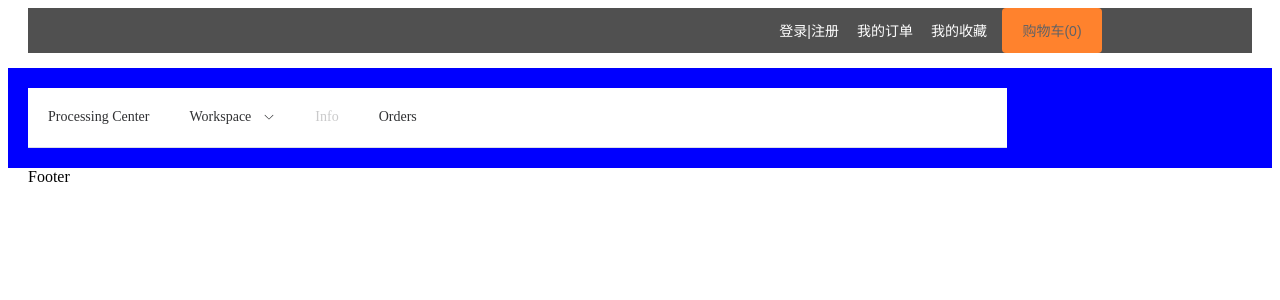
Repository: zhenghaochang/---
Page: / (app in xiaomi/)
These files come from the project's save history. The page is drawn as it stood at one moment and after the next save; the edit follows.
The browser window is 1280 px wide. The pictures show the whole page.
The project was rebuilt for these pictures with package versions that can differ from the ones it lists, and the page was loaded fresh each time. Also part of the build but not shown: xiaomi/vite.config.js.

Above is the page before, as saved 2025-07-31 09:57:36.

After the next save:
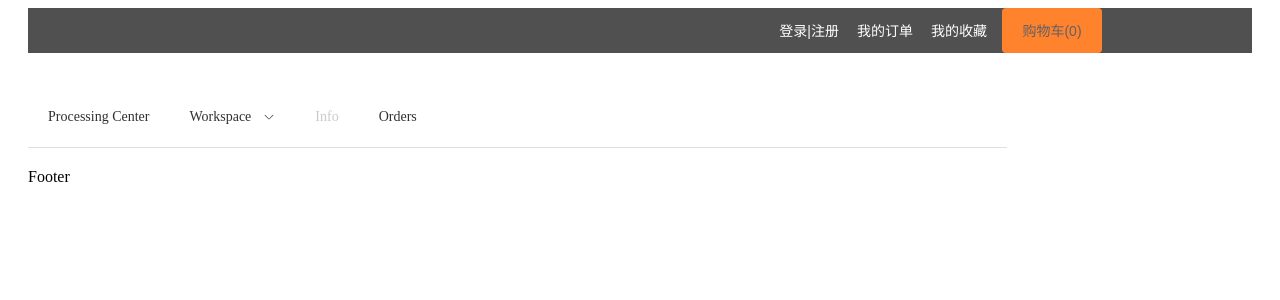
Saved 19 s later.
--- a/xiaomi/src/App.vue
+++ b/xiaomi/src/App.vue
@@ -19,11 +19,11 @@ import Menu from '../src/components/menu.vue'
 /*     background-color: blue; */
     width:100%
 }
-.main{
+/* .main{
     background-color: blue;
     width: 100%;
     display:flex;
     flex-direction: column;
     justify-content: center;
-}
+} */
 </style>
